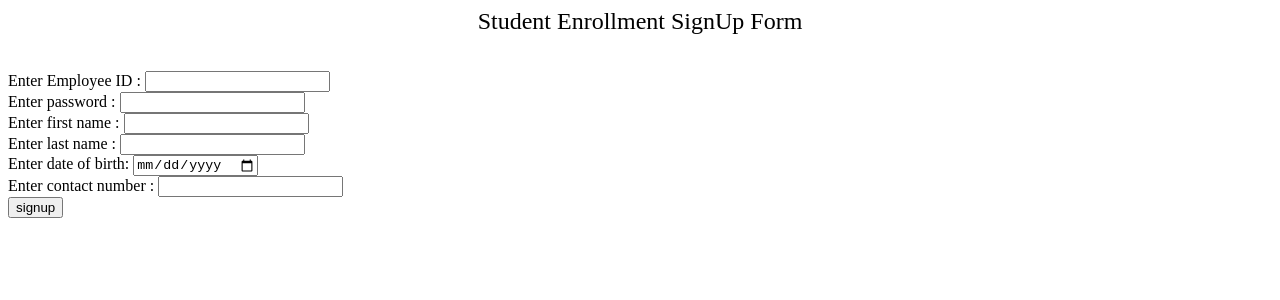
Repository: adarshsingh011/demoapp
Page: http://localhost/demoapp/signup.jsp
The author's editor kept a copy of each file at every save. The page is drawn from the files as they stood at one save, then again after the next save.
The browser window is 1280 px wide. The pictures show the whole page.
The page is served by Tomcat 10.

Above is the page before, as saved 2022-03-17 08:56:48.

After the next save:
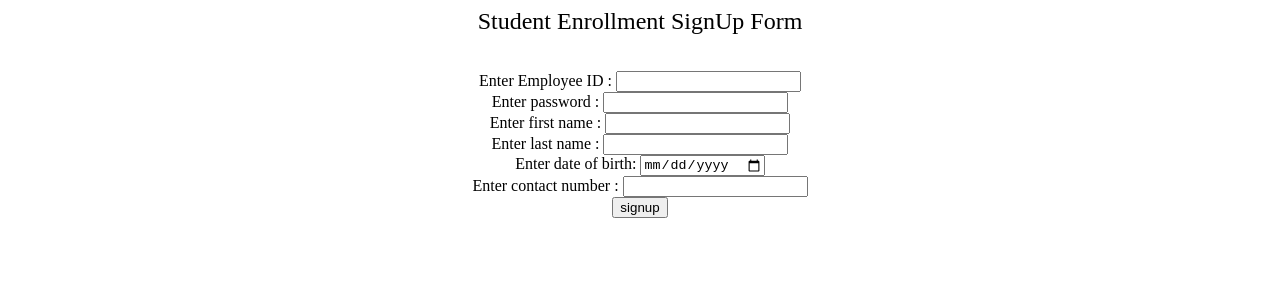
Saved 2 min 40 s later.
--- a/demoapp/src/main/webapp/signup.jsp
+++ b/demoapp/src/main/webapp/signup.jsp
@@ -9,13 +9,13 @@
 <body>
 	<center><font size="+2">Student Enrollment SignUp Form</font></center><br><br>
 	<form action="Signup" method= "post">
-			Enter Employee ID : <input type="text" name="uname" required><br>
+			<center>Enter Employee ID : <input type="text" name="uname" required><br>
 			Enter password : <input type="password" name="pass"required><br>
 			Enter first name : <input type="text" name="fname"><br>
 			Enter last name : <input type="text" name="lname"><br>
 			Enter date of birth: <input type="date" name="dob"><br>
 			Enter contact number : <input type="text" name="contact"><br>
-			<input type="submit" value="signup">
+			<input type="submit" value="signup"></center>
 
 
 	</form>
